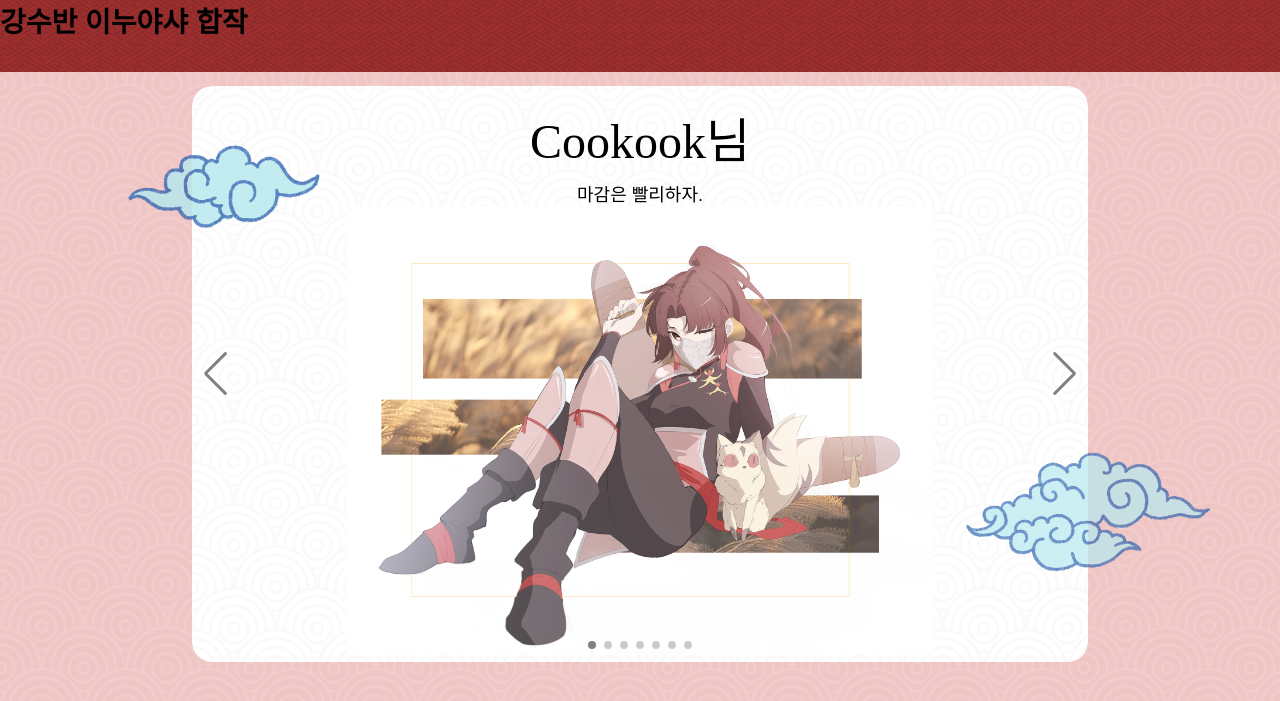
Repository: clerorin/kang_inu
Page: index.html
An editor plug-in stored every save of this project. The page is shown before and after the next save, followed by the edit.
The browser window is 1280 px wide. The pictures show the whole page.
Some web fonts or font styles are not loaded; a fallback is used.

Above is the page before, as saved 2021-10-10 19:04:36.

### index.html
<!DOCTYPE html>
<html lang="ko">
<head>
    <meta charset="UTF-8">
    <meta http-equiv="X-UA-Compatible" content="IE=edge">
    <meta name="viewport" content="width=device-width, initial-scale=1.0">
    <meta name="robots" content="noindex, nofollow">
    <title>강수반 이누야샤 합작</title>
    <link rel="icon" href="img/favicon.png" sizes="64x64">
    <link rel="stylesheet" href="https://unpkg.com/swiper@7/swiper-bundle.min.css" />
    <link rel="stylesheet" href="style.css">
    <script src="https://unpkg.com/swiper@7/swiper-bundle.min.js" defer></script>
    <script src="script.js" defer></script>
</head>

<body>
    <div class="title">
        <h1>강수반 이누야샤 합작</h1>
    </div>
    <div class="slider">
        <div class="swiper mySwiper">
            <div class="swiper-wrapper">
                <div class="swiper-slide">
                    <p class="name">Cookook님</p>
                    <p class="comment">마감은 빨리하자.</p>
                    <div class="swiper-img">
                        <a href="img/image1.jpg" target="_blank">
                            <img src="img/image1.jpg" alt="">
                        </a>

                    </div>
                </div>
                <div class="swiper-slide">
                    <p class="name">콧수염신사님</p>
                    <p class="comment"></p>
                    <div class="swiper-img">
                        <img src="img/image2.png" alt="">
                    </div>
                </div>
                <div class="swiper-slide">
                    <p class="name">그림자판기님</p>
                    <p class="comment">x를 눌러 입대를 표하십시오.</p>
                    <div class="swiper-img">
                        <img src="img/image3.jpg" alt="">
                    </div>
                </div>
                <div class="swiper-slide">
                    <p class="name">유비유비님</p>
                    <p class="comment">모두 고생하셨습니다!</p>
                    <div class="swiper-img">
                        <img src="img/image4.png" alt="">
                    </div>
                </div>
                <div class="swiper-slide">
                    <p class="name">솜빛님</p>
                    <p class="comment">어쩌다보니 이누야샤 개를 그려버렸습니다..😂</p>
                    <div class="swiper-img">
                        <img src="img/image5.png" alt="">
                    </div>
                </div>
                <div class="swiper-slide">
                    <p class="name">유농콩님</p>
                    <p class="comment"> 다들 고생많으셨습니다!</p>
                    <div class="swiper-img">
                        <img src="img/image6.jpg" alt="">
                    </div>
                </div>
                <div class="swiper-slide">
                    <p class="name">주부님</p>
                    <p class="comment">^^7</p>
                    <div class="swiper-img">
                        <img src="img/image7.jpg" alt="">
                    </div>
                </div>
            </div>
            <div class="swiper-button-next"></div>
            <div class="swiper-button-prev"></div>
            <div class="swiper-pagination"></div>
        </div>
    </div>
    <img class="cloud" src="img/cloud1.png" width="15%" alt="">
    <img class="cloud" src="img/cloud2.png" width="20%" alt="">
</body>

</html>

### style.css
@charset "UTF-8";

@font-face {
    font-family: 'Cafe24Shiningstar';
    src: url('https://cdn.jsdelivr.net/gh/projectnoonnu/noonfonts_twelve@1.1/Cafe24Shiningstar.woff') format('woff');
    font-weight: normal;
    font-style: normal;
}

@font-face {
    font-family: 'SangSangFlowerRoad';
    src: url('https://cdn.jsdelivr.net/gh/projectnoonnu/noonfonts_three@1.0/SangSangFlowerRoad.woff') format('woff');
    font-weight: normal;
    font-style: normal;
}

*{
    margin:0;
    padding:0;
}

body {
    background: rgb(240, 197, 197);
    background-image: url(img/pattern2.png);
    font-family: Helvetica Neue, Helvetica, Arial, sans-serif;
    font-size: 14px;
    color: #000;
    margin: 0;
    padding: 0;
}

.title{
    height: 10vh;
    background-color: rgb(158, 46, 46);
    background-image: url(img/pattern1.png);
    margin-bottom: 2vh;
}

.title p{
    font-size : 3.5rem;
    padding-top : 1%;
    text-align: center;
    font-family: 'SangSangFlowerRoad';
    color : rgb(104, 25, 25);
    text-shadow:
    -1px -1px 0 #fff,
    1px -1px 0 #fff,
    -1px 1px 0 #fff,
    1px 1px 0 #fff;
}

.slider {
    position: relative;
    margin: 0 auto;
    width: 70%;
    height: 80vh;
    border-radius: 20px;

}

.swiper {
    width: 100%;
    height: 100%;
    border-radius: 20px;
}

.swiper-button-next, .swiper-button-prev{
    color : gray;
}

.swiper-pagination-bullet-active{
    background: gray;
}

.swiper-slide {
    text-align: center;
    font-size: 18px;
    background: #fff;
    background-image: url(img/pattern3.png);
    align-items: center;
    border-radius: 20px;

}

.swiper-slide .name{
    font-family: Cafe24Shiningstar;
    font-size : 3rem;
    margin : 1rem auto 0.5rem auto;
}

.swiper-slide .comment{
    overflow-wrap : break-word;
}

.swiper-slide .swiper-img{
    width : 80%;
    height: calc(100% - 4rem);
    margin: 0 auto;

}

.swiper-slide img {
    display: block;
    width: 100%;
    height: calc(100% - 4rem);
    /* height: 80%; */
    object-fit: contain;
    cursor: pointer;
}

.swiper {
    margin-left: auto;
    margin-right: auto;
}

.cloud{
    position: absolute;
    z-index: 99;
}

.cloud[src="img/cloud1.png"]{
    top : 20%;
    left : 10%;
    transform: translateY(0px);
    animation: 5s linear infinite alternate cloud1;
    opacity: 0.8;
}

@keyframes cloud1{
    0%{
        transform: translateY(0px);
    }

    50%{
        transform: translateY(-10px);
    }

    100%{
        transform: translateY(10px);
    }
}

.cloud[src="img/cloud2.png"]{
    bottom : 20%;
    right: 5%;
    transform: translateY(0px);
    animation: 6s linear infinite alternate cloud2;
    opacity: 0.7;
}

@keyframes cloud2{
    0%{
        transform: translateY(0px);
    }

    50%{
        transform: translateY(15px);
    }

    100%{
        transform: translateY(-10px);
    }
}

@media screen and (max-width : 900px){
    .title p{
        padding-top : 2%;
    }
    .slider{
        width:90%;
    }

    .swiper-slide img{
        object-fit: cover;
    }

    .swiper-slide img[src="img/image5.png"]{
        object-position: 20% 50%;
    }

    .cloud{
        display: none;
    }
}

@media screen and (max-height : 700px){
    .title p{
        font-size : 2.5rem;
        text-align: center;
        font-family: 'SangSangFlowerRoad';
    }
}

### script.js
let swiper = new Swiper(".mySwiper", {
    slidesPerView: 1,
    spaceBetween: 30,
    loop: true,
    pagination: {
      el: ".swiper-pagination",
      clickable: true,
    },
    navigation: {
      nextEl: ".swiper-button-next",
      prevEl: ".swiper-button-prev",
    },
  });

After the next save:
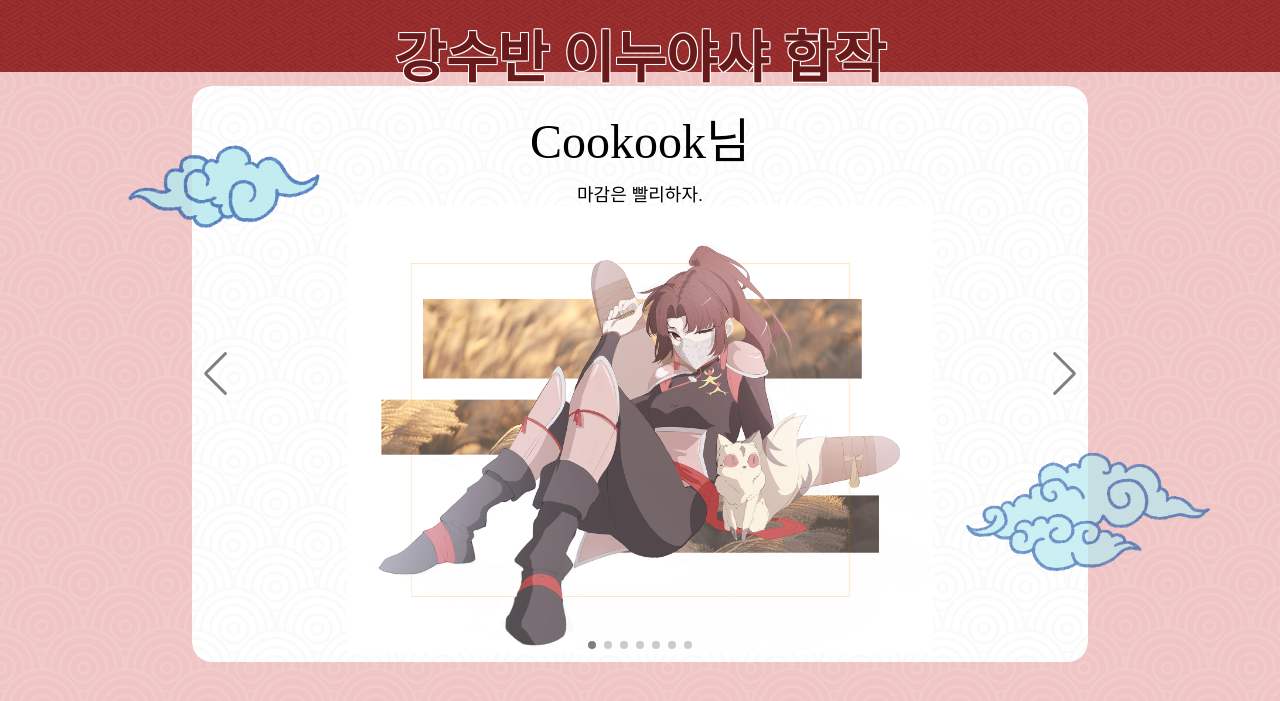
Saved 10 s later.
--- a/style.css
+++ b/style.css
@@ -36,7 +36,7 @@
     margin-bottom: 2vh;
 }
 
-.title p{
+.title h1{
     font-size : 3.5rem;
     padding-top : 1%;
     text-align: center;
